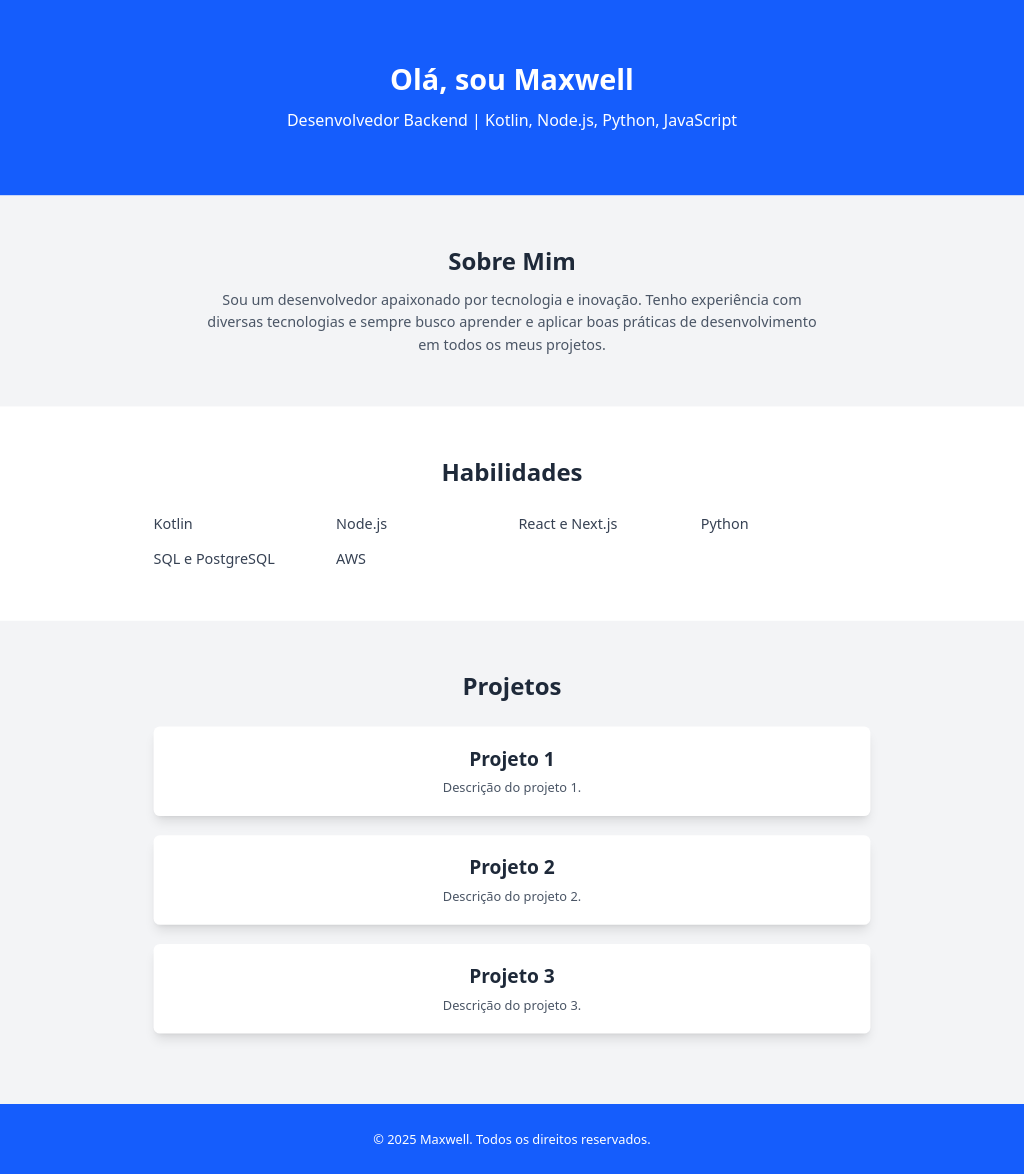
Repository: maxwelllbarboza/pagina-pessoal
Page: /
An editor plug-in stored every save of this project. The page is shown before and after a run of saves, followed by the edit.
The browser window is 1280 px wide. The pictures show the whole page, at 80% of full size.
The project was rebuilt for these pictures with package versions that can differ from the ones it lists, and the page was loaded fresh each time. The framework's server and built-in components were replaced by stand-ins that run in the browser. Also part of the build but not shown: next.config.mjs, next.config.ts.

Above is the page before, as saved 2025-02-27 10:39:17.

### src/app/layout.tsx
import * as React from 'react';
import type { Metadata } from "next";
import {JetBrains_Mono} from "next/font/google"
import './globals.css'

const jetBrainsMono = JetBrains_Mono({
  subsets: ["latin"],
  weight: ["400", "700"],
  variable: "--font-jetbrains-mono"
})

export default function RootLayout({
  children,
}: Readonly<{
  children: React.ReactNode;
}>) {
  return (
    <html lang="en">
      <body className=''>
          {children}
      </body>
    </html>
  );
}

### src/app/page.tsx
import Head from "next/head";

const skills = ['Kotlin', 'Node.js', 'Python', 'React', 'Next.js', 'AWS', 'SQL'];

const projects = [
  { title: 'Sistema de Frete', description: 'Gerenciamento de transportes e pagamentos.', image: '/frete.png' },
  { title: 'Naval Battle Game', description: 'Jogo de batalha naval interativo.', image: '/naval.png' },
  { title: 'Sistema de Estoque', description: 'Gestão de bebidas e inventário.', image: '/estoque.png' }
];

export default function Home() {
  return (
    <div className="bg-gray-100 min-h-screen">
    <Head>
      <title>Portfólio de Maxwell</title>
      <meta name="description" content="Portfólio pessoal de Maxwell" />
      <link rel="icon" href="/favicon.ico" />
    </Head>

    {/* Header */}
    <header className="bg-blue-600 text-white text-center py-20">
      <h1 className="text-4xl font-bold">Olá, sou Maxwell</h1>
      <p className="text-xl mt-4">Desenvolvedor Backend | Kotlin, Node.js, Python, JavaScript</p>
    </header>

    {/* Sobre mim */}
    <section className="py-16 text-center">
      <h2 className="text-3xl font-semibold text-gray-800">Sobre Mim</h2>
      <p className="mt-4 text-lg text-gray-600 max-w-3xl mx-auto">
        Sou um desenvolvedor apaixonado por tecnologia e inovação. Tenho experiência com diversas tecnologias e sempre busco aprender e aplicar boas práticas de desenvolvimento em todos os meus projetos.
      </p>
    </section>

    {/* Habilidades */}
    <section className="bg-white py-16">
      <h2 className="text-3xl font-semibold text-center text-gray-800">Habilidades</h2>
      <ul className="mt-8 grid grid-cols-2 sm:grid-cols-3 md:grid-cols-4 gap-4 max-w-4xl mx-auto">
        <li className="text-lg text-gray-700">Kotlin</li>
        <li className="text-lg text-gray-700">Node.js</li>
        <li className="text-lg text-gray-700">React e Next.js</li>
        <li className="text-lg text-gray-700">Python</li>
        <li className="text-lg text-gray-700">SQL e PostgreSQL</li>
        <li className="text-lg text-gray-700">AWS</li>
      </ul>
    </section>

    {/* Projetos */}
    <section className="py-16 text-center">
      <h2 className="text-3xl font-semibold text-gray-800">Projetos</h2>
      <div className="mt-8 max-w-4xl mx-auto">
        <div className="bg-white p-6 mb-6 shadow-lg rounded-lg">
          <h3 className="text-2xl font-semibold text-gray-800">Projeto 1</h3>
          <p className="mt-2 text-gray-600">Descrição do projeto 1.</p>
        </div>
        <div className="bg-white p-6 mb-6 shadow-lg rounded-lg">
          <h3 className="text-2xl font-semibold text-gray-800">Projeto 2</h3>
          <p className="mt-2 text-gray-600">Descrição do projeto 2.</p>
        </div>
        <div className="bg-white p-6 mb-6 shadow-lg rounded-lg">
          <h3 className="text-2xl font-semibold text-gray-800">Projeto 3</h3>
          <p className="mt-2 text-gray-600">Descrição do projeto 3.</p>
        </div>
      </div>
    </section>

    {/* Footer */}
    <footer className="bg-blue-600 text-white text-center py-8">
      <p>&copy; 2025 Maxwell. Todos os direitos reservados.</p>
    </footer>
  </div>

  );
}

Loaded but not shown: src/app/globals.css (common file)

After the next 4 saves:
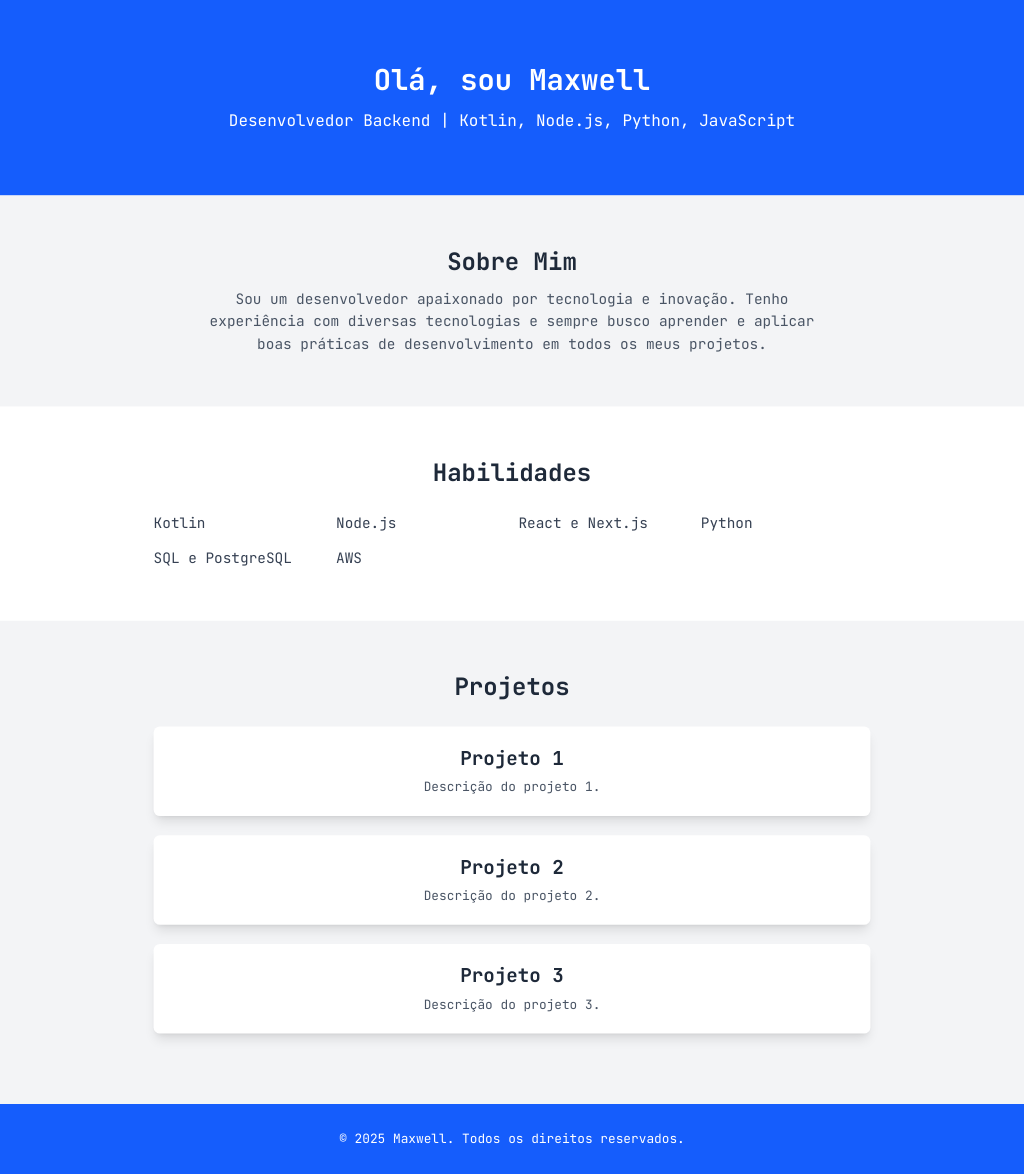
The 4 saves are shown as one change because they came seconds apart.
The last was saved 18 s later.
--- a/src/app/layout.tsx
+++ b/src/app/layout.tsx
@@ -16,7 +16,7 @@ export default function RootLayout({
 }>) {
   return (
     <html lang="en">
-      <body className=''>
+      <body className={jetBrainsMono.className}>
           {children}
       </body>
     </html>
